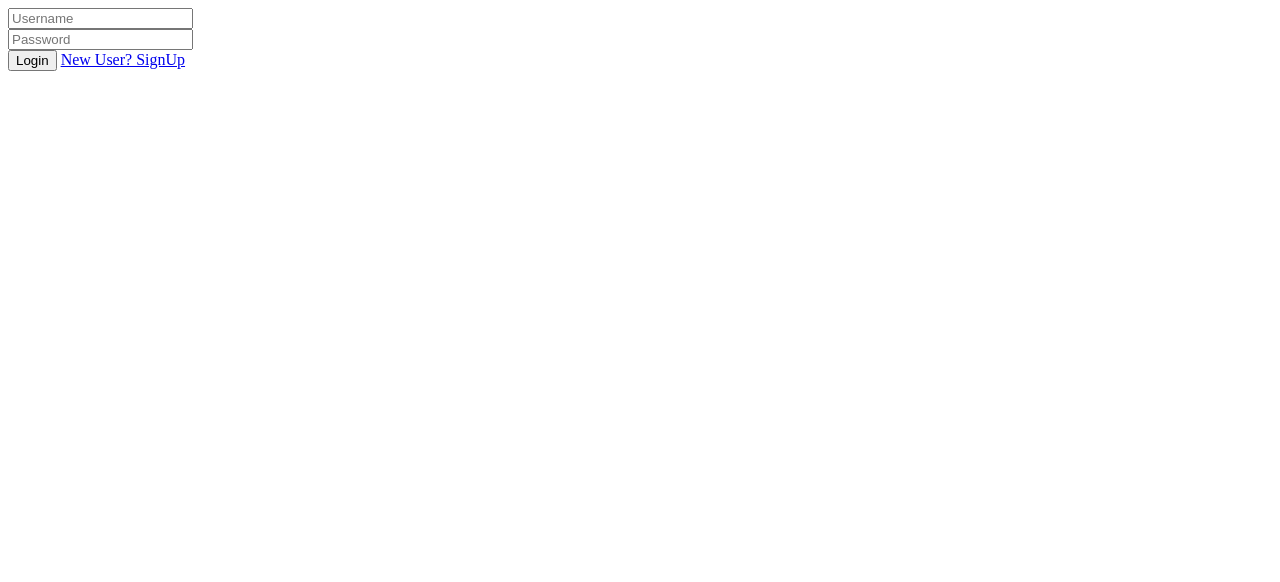
Repository: SarkarSubhajit/Advenced_Java
Page: FirstProject/src/main/webapp/login.html
These files come from the project's save history. The page is drawn as it stood at one moment and after the next save; the edit follows.
The browser window is 1280 px wide. The pictures show the whole page.

Above is the page before, as saved 2025-12-05 21:22:57.

After the next save:
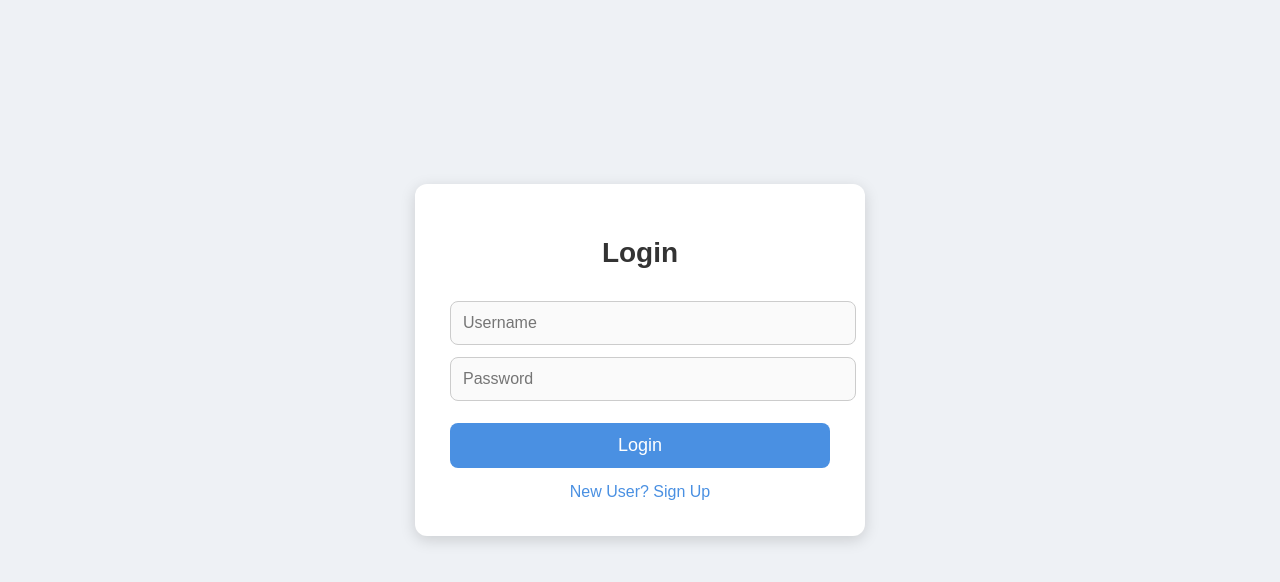
Saved 45 s later.
--- a/FirstProject/src/main/webapp/login.html
+++ b/FirstProject/src/main/webapp/login.html
@@ -2,13 +2,97 @@
 <html>
 <head>
 <meta charset="UTF-8">
-<title>Insert title here</title>
+<title>Login</title>
+
+<style>
+    body {
+        font-family: Arial, sans-serif;
+        background: #eef1f5;
+        display: flex;
+        justify-content: center;
+        align-items: center;
+        height: 100vh;
+        margin: 0;
+    }
+
+    .container {
+        background: white;
+        width: 380px;
+        padding: 35px;
+        border-radius: 12px;
+        box-shadow: 0px 4px 15px rgba(0,0,0,0.15);
+        text-align: center;
+    }
+
+    h1 {
+        margin-bottom: 20px;
+        color: #333;
+        font-size: 28px;
+    }
+
+    input[type="text"],
+    input[type="password"] {
+        width: 100%;
+        padding: 12px;
+        margin-top: 12px;
+        font-size: 16px;
+        border-radius: 8px;
+        border: 1px solid #ccc;
+        background: #fafafa;
+        transition: 0.3s;
+    }
+
+    input:focus {
+        border-color: #4a90e2;
+        outline: none;
+        background: #fff;
+    }
+
+    .btn {
+        margin-top: 22px;
+        width: 100%;
+        padding: 12px;
+        background: #4a90e2;
+        color: white;
+        border: none;
+        border-radius: 8px;
+        font-size: 18px;
+        cursor: pointer;
+        transition: background 0.3s;
+    }
+
+    .btn:hover {
+        background: #357ab7;
+    }
+
+    .signup {
+        margin-top: 15px;
+        display: block;
+        text-decoration: none;
+        color: #4a90e2;
+        font-size: 16px;
+    }
+
+    .signup:hover {
+        text-decoration: underline;
+    }
+
+</style>
+
 </head>
 <body>
-	<form action="Authenticate" method="POST">
-		<input type="text" name="userName" placeholder="Username" /><br /> <input
-			type="password" name="password" placeholder="Password" /><br /> <input
-			type="submit" value="Login" /> <a href="/NewUser">New User? SignUp</a>
-	</form>
+
+    <div class="container">
+        <h1>Login</h1>
+
+        <form action="Authenticate" method="POST">
+            <input type="text" name="userName" placeholder="Username" required /><br />
+            <input type="password" name="password" placeholder="Password" required /><br />
+            <button class="btn" type="submit">Login</button>
+        </form>
+
+        <a class="signup" href="/NewUser">New User? Sign Up</a>
+    </div>
+
 </body>
 </html>
